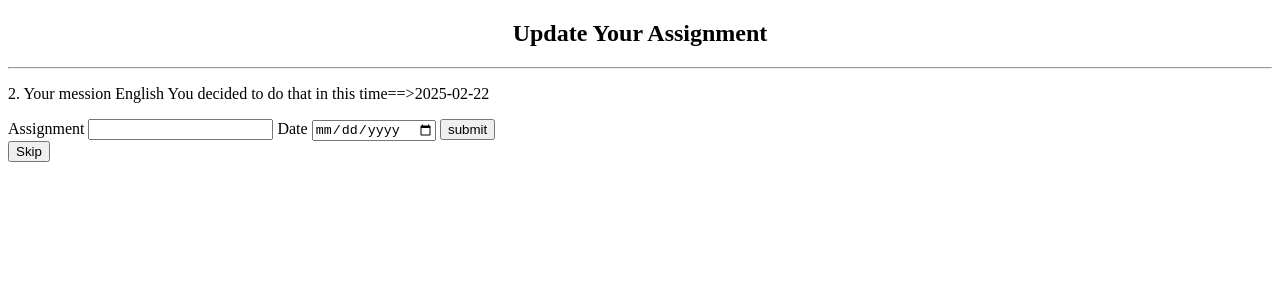
Repository: marawan200311-dev/To-Do-List-
Page: http://localhost/update_page
The author's editor kept a copy of each file at every save. The page is drawn from the files as they stood at one save, then again after the next save.
The browser window is 1280 px wide. The pictures show the whole page.
The page is served by the project's application, run on Flask 3 (app.py). The page reads the database file committed with the project.

Above is the page before, as saved 2025-11-22 06:04:28.
Console error: TypeError: Cannot read properties of null (reading 'addEventListener')

### templates/update.html
{%extends 'base.html'%}
{%block head%}
<title>update page</title>
{%endblock%}
{%block body%}
<h2 class="logo_of_update">Update Your Assignment</h2>
<hr>
<div>
  {% if data %}
    {% for item in data %}
        <p>{{ item }}</p>
    {% endfor %}
{% else %}
    <p>You haven't added anything yet to updata :)!</p>
{% endif %}
</div>
<form action="/update_new_assignment" method="POST">
    <input type="hidden" name="id" value="{{id}}">
    <label for="assignment">Assignment</label>
    <input type="text" name="assignment" value="{{assignment}}" id="assignment">
    <label for="date">Date</label>
    <input type="date" name="date" value="{{date}}">
     <button type="submit">submit</button>
</form>
<button class="Skip_update">Skip</button>
{%endblock%}

### templates/base.html
<!DOCTYPE html>
<html lang="en">
  <head>
    <meta charset="UTF-8">
    <meta name="viewport" content="width=device-width, initial-scale=1.0">
    <link
      rel="stylesheet"
      href="{{url_for('static', filename='css/style.css')}}"
    />

    {%block head %}{%endblock%}
  </head>
  <body>
    {%block body %} {%endblock%}
    <script src="{{url_for('static',filename='js/main.js')}}"></script>
  </body>
</html>

### app.py
from flask import Flask, render_template ,url_for,request,redirect
import sqlite3
import os
db_py=os.path.join(os.path.dirname(__file__),'instance', 'data.db')
from instance.databas import initialise_data, add_data, show_up,delete,update




app= Flask(__name__)
@app.route('/')
def index():
  return render_template('index.html')
#_____________ADD_______________
@app.route('/add_page')
def add_page():
    return render_template('add.html')

@app.route('/add_assignment' ,methods=['POST'])
def assignment ():
   assignment=request.form['assignment']
   date= request.form['date']
   add_data(assignment,date)
   return render_template('add.html')

@app.route('/skip')
def skip ():
   return redirect('/')
#__________________________________

#_____________DELETE______________
@app.route('/delete_page')
def delete_page():
    data=show_up()
    return render_template('delete.html', schedule=data)

@app.route("/delet_form" , methods=['POST'])
def delete_mission():
    id_of_mission=int(request.form['number'])
    delete(id_of_mission)
    data=show_up()
    return render_template('delete.html',schedule=data)

@app.route('/skip_delete')
def skip_delete():
   return redirect('/')

#___________________________________________

#__________UPDATE_____________________
@app.route('/update_page')
def update_index():
    data=show_up()
    return render_template('update.html',data=data)
@app.route('/update_new_assignment' , methods=['POST'])
def update_data():
    id  = int(request.form['id'])
    new_assignment = request.form.get('assignment')
    new_date =  request.form.get('date')
    update(id,new_assignment,new_date)
    return render_template('updat.html')
@app.route('/skip_update')
def skip_button():
    return redirect('/')
#__________________________________________

#________SHOW_________________
@app.route('/show_page')
def show_page():
    data=show_up()
    return render_template('show.html', schedule=data)
@app.route('/skip_show')
def skip_show():
    return redirect('/')


if __name__=="__main__":
      app.run(debug=True)

### instance/databas.py
import sqlite3
import os

def initialise_data():
  connect = sqlite3.connect('data.db')
  cursor= connect.cursor()

  cursor.execute('''
  CREATE TABLE IF NOT EXISTS user_assignment( id INTEGER PRIMARY KEY AUTOINCREMENT,
  assignment TEXT NOT NULL ,
date TEXT )
''')





def add_data(assignment,date):
   connect = sqlite3.connect('data.db')
   cursor= connect.cursor()
   cursor.execute('INSERT INTO user_assignment (assignment,date) VALUES(?,?)', (assignment,date))
   connect.commit()
   connect.close()

def show_up():
  connect = sqlite3.connect('data.db')
  cursor= connect.cursor()

  cursor.execute('SELECT * FROM user_assignment')
  all_date = cursor.fetchall()

  schedule=[]
  for data in all_date:
    schedule.append(f'{data[0]}. Your mession {data[1]} You decided to do that in this time==>{data[2]}')
  if len(schedule)==0 :
    print('The user does not add anything :)')
  return schedule


def delete (assignmentNumber):
  connect = sqlite3.connect('data.db')
  cursor= connect.cursor()

  cursor.execute('SELECT * FROM user_assignment WHERE id=?', (assignmentNumber,))
  row= cursor.fetchone()
  if row is None:
   return f"This {row} doesn't valid "
  cursor.execute('DELETE FROM user_assignment WHERE id = ? ', (assignmentNumber,))
  connect.commit()
  connect.close()
  return True

def update(id,assignment,date):
  connect = sqlite3.connect('data.db')
  cursor= connect.cursor()
  cursor.execute('''UPDATE user_assignment SET assignment=?, date=? WHERE id=?''',(assignment, date, id))
  connect.commit()
  connect.close()














initialise_data()

### static/css/style.css
.h1{
  text-align: center;
  border-bottom: 2px solid black;
}

#text_add {
   display: inline;
}
#text_update{
  display: inline;
}

#text_show{
  display: inline;
}
#text_delete{
  display: inline;
}
.Show{
  text-align: center;

}
.Delete_logo{
  text-align: center;
}
.logo_of_update{
  text-align: center;
}

### static/js/main.js
document.addEventListener('DOMContentLoaded', () => {
    const skipButton = document.querySelector('.Skip');
    if(skipButton){
        skipButton.addEventListener('click', () => {
            window.location = '/skip';
        });
    }
});

const skip_showButton=document.querySelector('.Skip_Show');
if(skip_showButton){
    skip_showButton.addEventListener('click',()=>{
        window.location ='/skip_show';
    });
}

const skip_deleteButton=document.querySelector('.Skip_delete')
if(skip_deleteButton){
    skip_deleteButton.addEventListener('click',()=>{
        window.location ='/skip_delete'
    });
}


const addButton = document.querySelector('.Add');


addButton.addEventListener('click', () => {

    window.open('/add_page', '_blank');
});



addButton.addEventListener('click', () => {

    window.open('/add_page', '_blank');
});



const deletButton= document.querySelector('.Delete');

deletButton.addEventListener('click' , () => {
window.open('/delete_page','_blank')
});





const ubdateButton = document.querySelector('.Update')
ubdateButton.addEventListener('click', ()=> {
window.open('/update_page','_blank')

});








const showButton = document.querySelector('.Show')
showButton.addEventListener('click',()=>{
window.open('/show_page','_blank')
});

### data.db (the tables this page reads, as SQL)
CREATE TABLE user_assignment( id INTEGER PRIMARY KEY AUTOINCREMENT,
  assignment TEXT NOT NULL ,
date TEXT );
INSERT INTO "user_assignment" VALUES
(2, 'English', '2025-02-22');

After the next save:
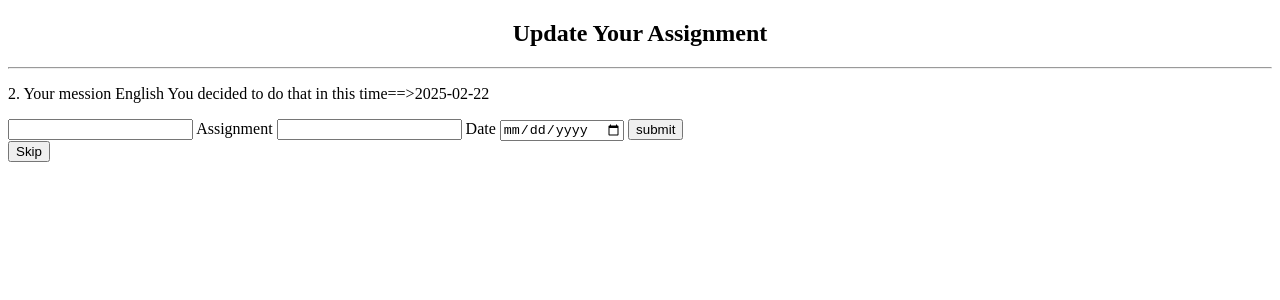
Saved 10 min 42 s later.
--- a/templates/update.html
+++ b/templates/update.html
@@ -15,7 +15,7 @@
 {% endif %}
 </div>
 <form action="/update_new_assignment" method="POST">
-    <input type="hidden" name="id" value="{{id}}">
+    <input type="number" name="id" value="{{id}}">
     <label for="assignment">Assignment</label>
     <input type="text" name="assignment" value="{{assignment}}" id="assignment">
     <label for="date">Date</label>
